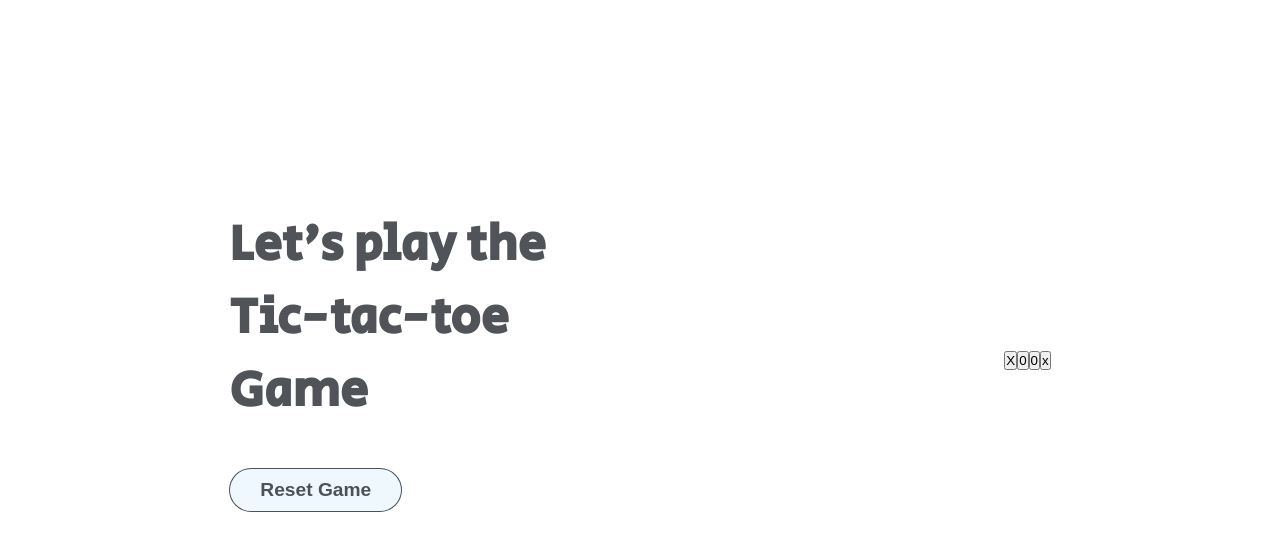
Repository: evergreenx/tic-tac
Page: /
The author's editor kept a copy of each file at every save. The page is drawn from the files as they stood at one save, then again after the next save.
The browser window is 1280 px wide. The pictures show the whole page.
The project was rebuilt for these pictures with package versions that can differ from the ones it lists, and the page was loaded fresh each time.

Above is the page before, as saved 2022-04-21 13:32:41.

After the next save:
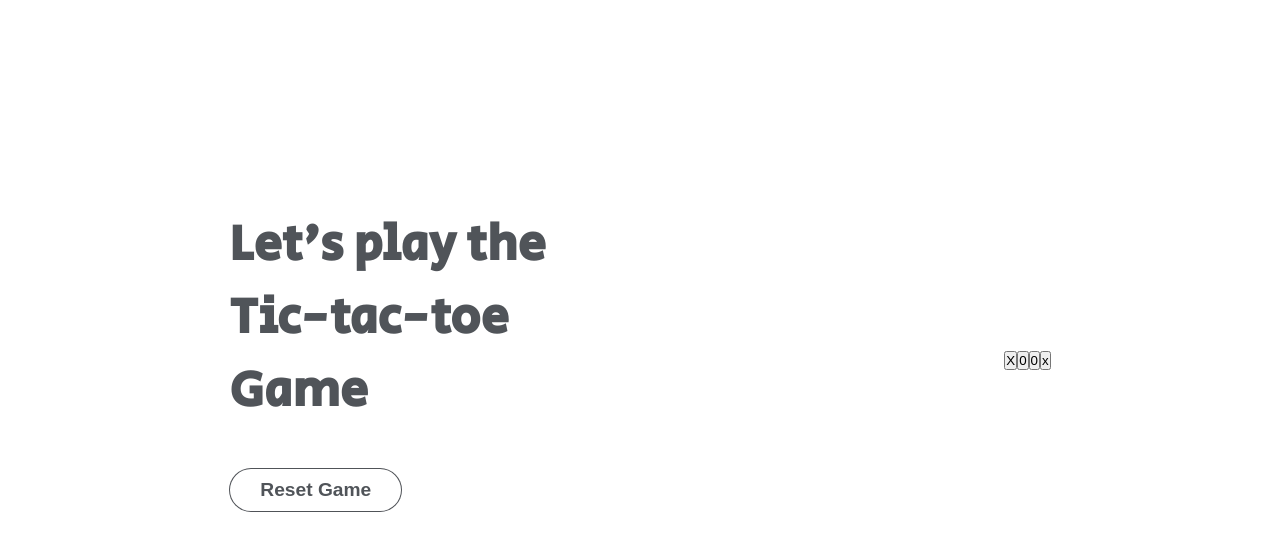
Saved 30 s later.
--- a/src/index.scss
+++ b/src/index.scss
@@ -34,7 +34,7 @@ body {
       border: 1px $primary-color solid;
       border-radius: 50px;
       cursor: pointer;
-      background-color: aliceblue;
+      background-color: #fff;
       margin-top: 20px;
       font-weight: 600;
     }
